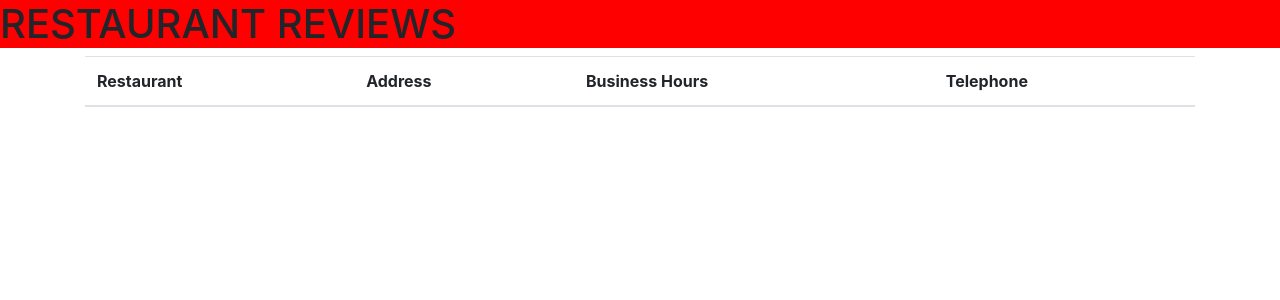
Repository: amcali/project-3
Page: http://localhost/
The author's editor kept a record of every edit. The page is drawn from the files as they stood at one moment, then again after the next edit.
The browser window is 1280 px wide. The pictures show the whole page.
The page is served by the project's application, run on Flask 3 (app.py).

Above is the page before.

After the next edit:
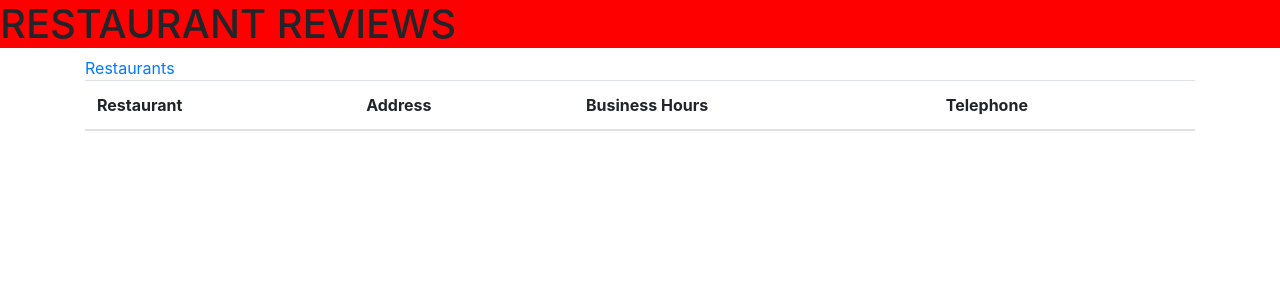
The edit:
--- a/templates/index.template.html
+++ b/templates/index.template.html
@@ -5,6 +5,9 @@
 
 
 {%block content%}
+
+    <a href ="/restaurants">Restaurants</a>
+
         <table class='table'>
             <thead>
                 <tr>
